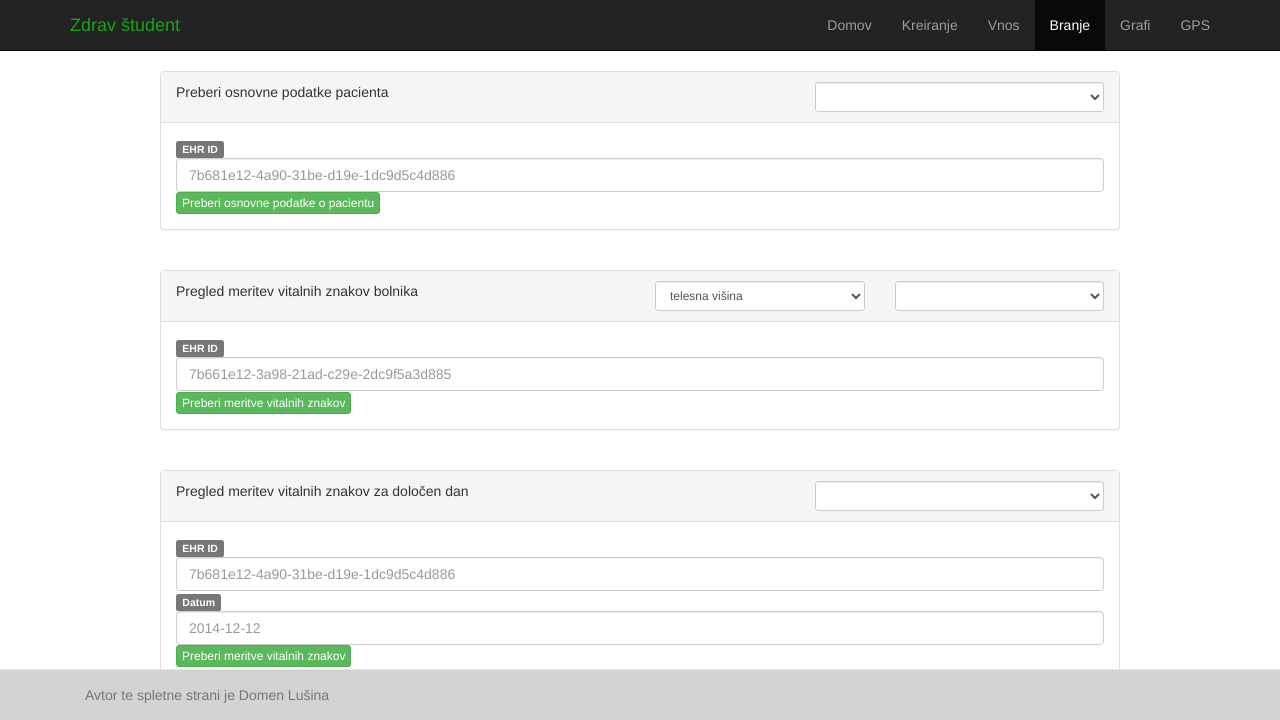
Repository: dl4184/ois-dn4
Page: branje.html
The author's editor kept a record of every edit. The page is drawn from the files as they stood at one moment, then again after the next edit.
The browser window is 1280 px wide. The pictures show the whole page.
Some web libraries are served in a nearby version.

Above is the page before.
Not found: css/styles.css

### branje.html
    <!DOCTYPE html>
    <html>
            <head>
                    <title>WebApp ois</title>
                    <meta charset="utf-8">
                    <meta name="viewport" content="width=device-width, initial-scale=1.0">
                    <script src = "http://ajax.googleapis.com/ajax/libs/jquery/2.1.0/jquery.min.js"></script>
                    <script src = "js/bootstrap.js"></script>
                    <link href = "css/bootstrap.min.css" rel = "stylesheet">
                    <link href = "css/styles.css" rel = "stylesheet">
                    <script src="demo.js"></script>
            </head>
            <body>

                    <div class = "navbar navbar-inverse navbar-static-top">
                            <div class = "container">

                                    <a href = "index.html" class = "navbar-brand" style="color:#19A319">Zdrav študent</a>

                                    <button class = "navbar-toggle" data-toggle = "collapse" data-target = ".navHeaderCollapse">
                                            <span class = "icon-bar"></span>
                                            <span class = "icon-bar"></span>
                                            <span class = "icon-bar"></span>
                                    </button>

                                    <div class = "collapse navbar-collapse navHeaderCollapse">

                                            <ul class = "nav navbar-nav navbar-right">

                                                    <li><a href = "index.html">Domov</a></li>
                                                    <li><a href = "kreiranje.html">Kreiranje</a></li>
                                                    <li><a href = "vnos.html">Vnos</a></li>
                                                    <li class = "active"><a href = "branje.html">Branje</a></li>
													<li><a href = "grafi.html">Grafi</a></li>
													<li><a href = "gps.html">GPS</a></li>

                                            </ul>

                                    </div>

                            </div>
                    </div>

                    	<div class="panel panel-default" style="width: 75%;margin: 0 auto">
                            <div class="panel-heading">
                                <div class="row">
                                    <div class="col-lg-8 col-md-8 col-sm-8">Preberi osnovne podatke pacienta</div>
                                    <div class="col-lg-4 col-md-4 col-sm-4"><select class="form-control input-sm" id="preberiObstojeciEHR"><option value=""></select></div>
                                </div>
                            </div>
                            <div class="panel-body">
                            <span class="label label-default">EHR ID</span><input id="preberiEHRid" type="text" class="form-control input-mini" placeholder="7b681e12-4a90-31be-d19e-1dc9d5c4d886">
                            <button type="button" class="btn btn-success btn-xs" onclick="preberiEHRBolnika()">Preberi osnovne podatke o pacientu</button><span id="preberiSporocilo"></span>
                            </div>
                        </div>

                        <br></br>

                        <div class="panel panel-default" style="width: 75%;margin: 0 auto">
					        <div class="panel-heading">
						        <div class="row">
							        <div class="col-lg-6 col-md-6 col-sm-6">Pregled meritev vitalnih znakov bolnika</div>
							        <div class="col-lg-3 col-md-3 col-sm-3"><select class="form-control input-sm" id="preberiTipZaVitalneZnake"><option value="telesna višina">telesna višina</option><option value="telesna teža">telesna teža</option><option value="telesna temperatura">telesna temperatura</option><option value="diastolični krvni tlak">diastolični krvni tlak</option><option value="sistolični krvni tlak">sistolični krvni tlak</option><option value="nasičenost krvi s kisikom">nasičenost krvi s kisikom</option><option value="utrip srca">utrip srca</option></select></div>
							        <div class="col-lg-3 col-md-3 col-sm-3"><select class="form-control input-sm" id="preberiEhrIdZaVitalneZnake"><option value=""></option><option value="b931580f-2b05-488b-985b-8d9ffb08ad02">Ata Smrk</option></select></div>
						        </div>
					        </div>
    					    <div class="panel-body">
    						    <span class="label label-default">EHR ID</span><input id="meritveVitalnihZnakovEHRid" type="text" class="form-control input-mini" placeholder="7b661e12-3a98-21ad-c29e-2dc9f5a3d885">
    						    <button type="button" class="btn btn-success btn-xs" onclick="preberiMeritveVitalnihZnakov('telesna temperatura')">Preberi meritve vitalnih znakov</button><span id="preberiMeritveVitalnihZnakovSporocilo"></span>
    						    <div id="rezultatMeritveVitalnihZnakov"></div>
    				  	    </div>
				        </div>

				        <br></br>

				       <div class="panel panel-default" style="width: 75%;margin: 0 auto">
                           <div class="panel-heading">
                               <div class="row">
                                    <div class="col-lg-8 col-md-8 col-sm-8">Pregled meritev vitalnih znakov za določen dan</div>
                                    <div class="col-lg-4 col-md-4 col-sm-4"><select class="form-control input-sm" id="preberiObstojeciEHRdan"><option value=""></select></div>
                                </div>
                            </div>
                            <div class="panel-body">
                            <span class="label label-default">EHR ID</span><input id="danEHRid" type="text" class="form-control input-mini" placeholder="7b681e12-4a90-31be-d19e-1dc9d5c4d886">
                            <span class="label label-default">Datum</span><input id="datumId" type="text" class="form-control input-mini" placeholder="2014-12-12">
                            <button type="button" class="btn btn-success btn-xs" onclick="preberiEHRBolnikaDan()">Preberi meritve vitalnih znakov</button><span id="preberiMeritveVitalnihZnakovSporociloDan"></span>
                            <div id="rezultatMeritveVitalnihZnakovDan"></div>
                            </div>
                        </div>



					 <div class = "navbar navbar-default navbar-fixed-bottom" style="background-color:lightgray">

                        <div class = "container">
                                <p class = "navbar-text pull-left">Avtor te spletne strani je Domen Lušina</p>
                        </div>

					</div>



            </body>
    </html>

Loaded but not shown: js/bootstrap.js (library); css/bootstrap.min.css (library); demo.js (460 lines, source omitted)

After the next edit:
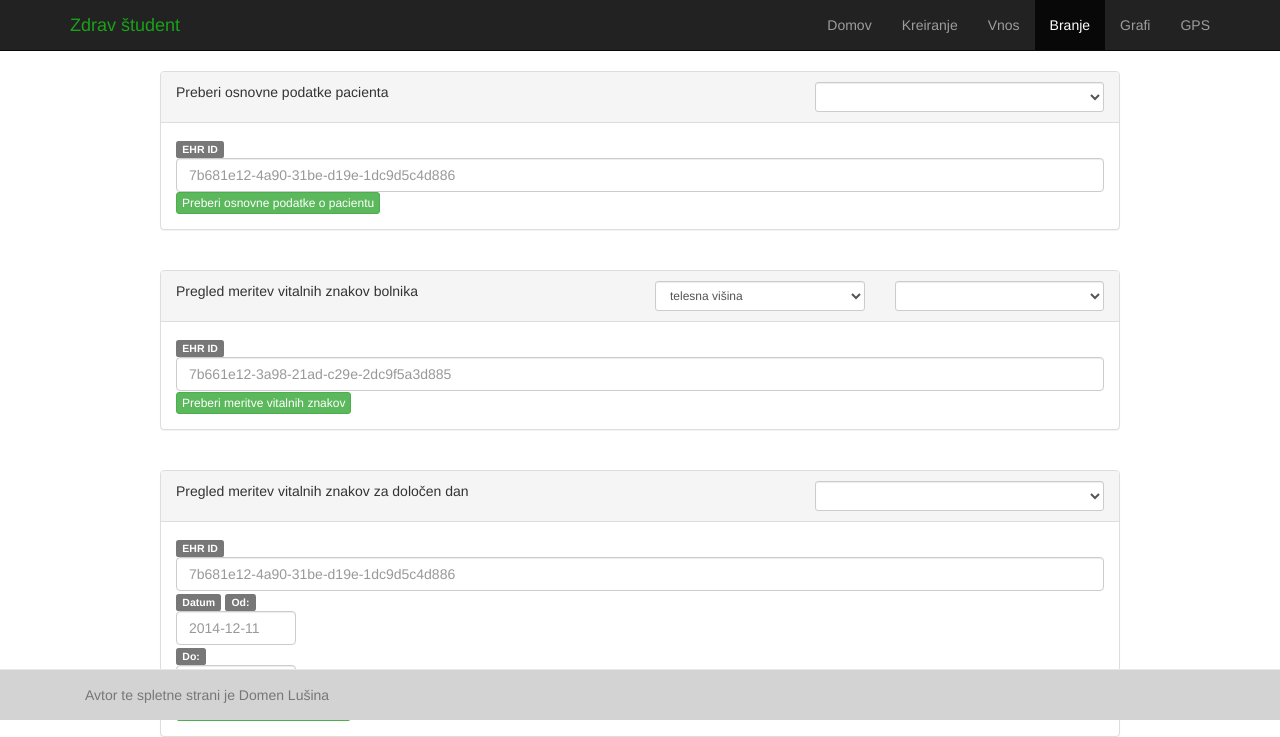
The edit:
--- a/branje.html
+++ b/branje.html
@@ -82,7 +82,11 @@
                             </div>
                             <div class="panel-body">
                             <span class="label label-default">EHR ID</span><input id="danEHRid" type="text" class="form-control input-mini" placeholder="7b681e12-4a90-31be-d19e-1dc9d5c4d886">
-                            <span class="label label-default">Datum</span><input id="datumId" type="text" class="form-control input-mini" placeholder="2014-12-12">
+                            <span class="label label-default">Datum</span>
+                            <span class="label label-default">Od:</span>
+                            <input id="datumId" type="text" class="form-control input-mini" placeholder="2014-12-11" style="width: 120px">
+                            <span class="label label-default">Do:</span>
+                            <input id="datumId2" type="text" class="form-control input-mini" placeholder="2014-12-12" style="width: 120px">
                             <button type="button" class="btn btn-success btn-xs" onclick="preberiEHRBolnikaDan()">Preberi meritve vitalnih znakov</button><span id="preberiMeritveVitalnihZnakovSporociloDan"></span>
                             <div id="rezultatMeritveVitalnihZnakovDan"></div>
                             </div>
